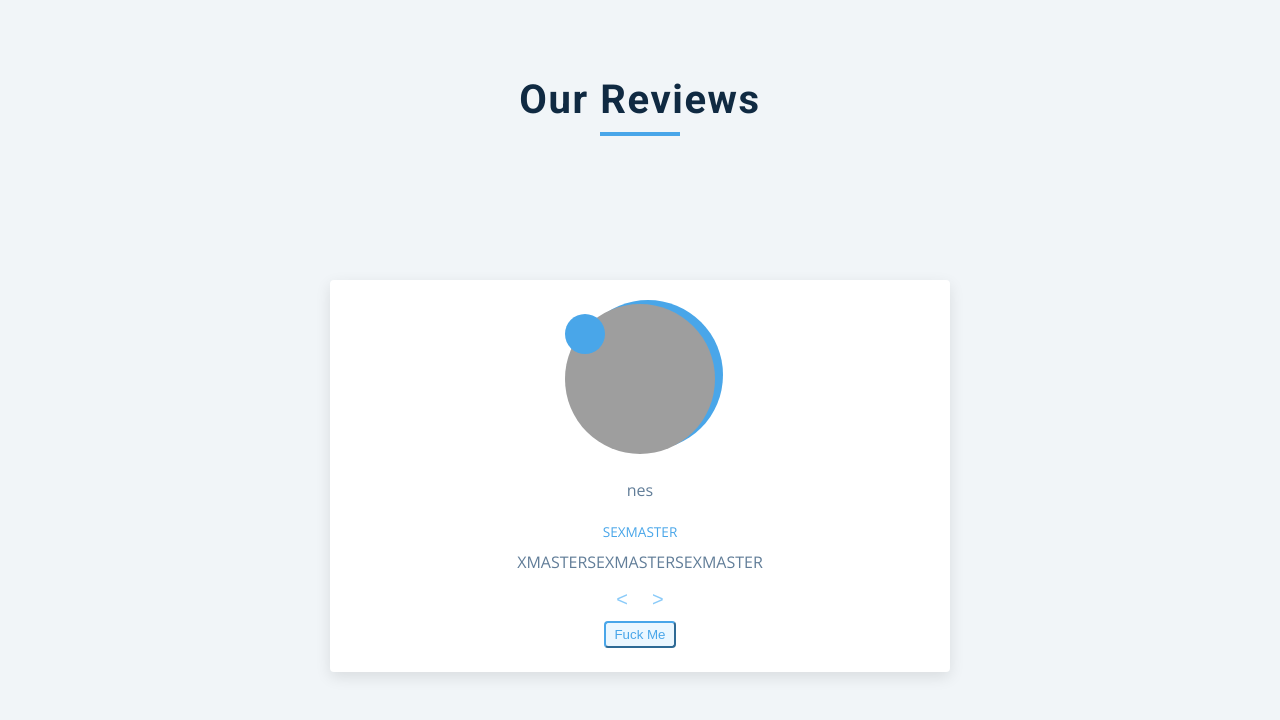
Repository: hseunghwan/practice-vanilla-javascript
Page: Carousel/Carousel.html
The author's editor kept a copy of each file at every save. The page is drawn from the files as they stood at one save, then again after the next save.
The browser window is 1280 px wide. The pictures show the whole page.
Pictures or frames that could not be fetched are drawn as grey boxes.

Above is the page before, as saved 2023-05-10 21:08:44.
Console error: TypeError: Cannot set properties of null (setting 'textContent')

After the next save:
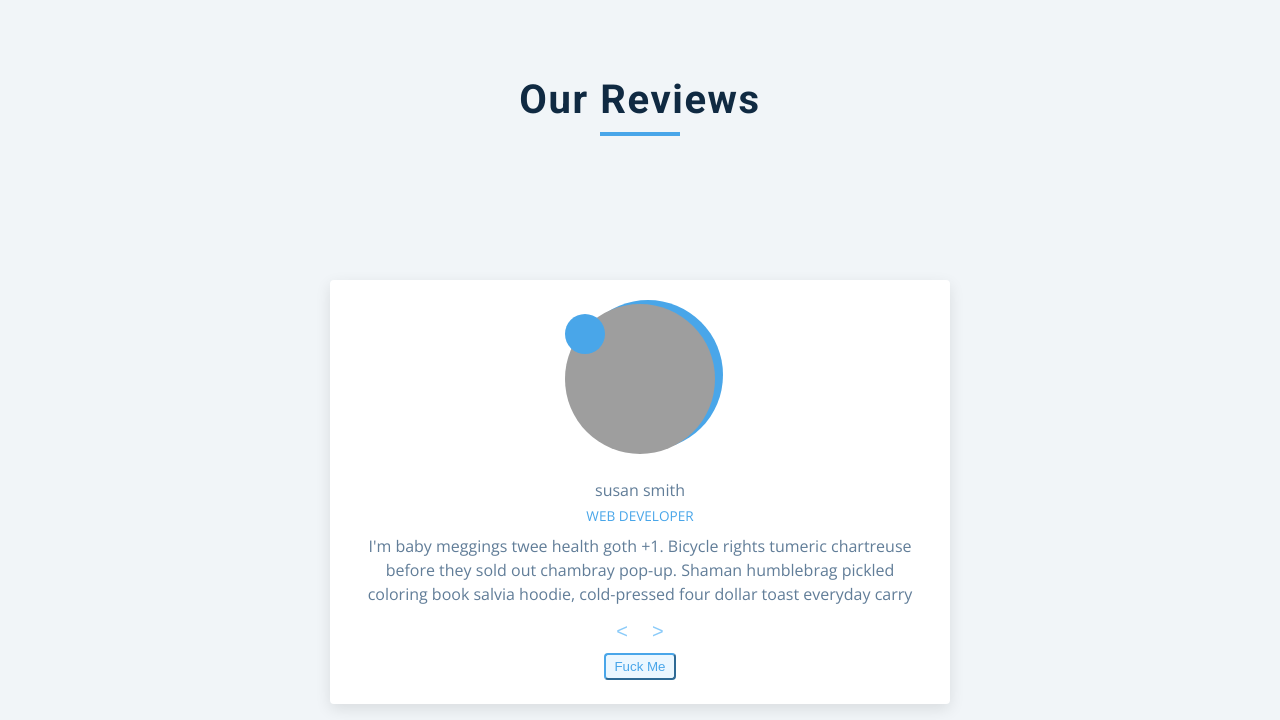
The error is gone.
Saved 17 s later.
--- a/Carousel/Carousel.html
+++ b/Carousel/Carousel.html
@@ -17,7 +17,7 @@
                     <div class="img-container">
                         <img src="person-1.jpeg" alt="" id="person-img" />
                     </div>
-                    <p id="auther">nes</p>
+                    <p id="author">nes</p>
                     <p id="job">SEXMASTER</p>
                     <p id="info">XMASTERSEXMASTERSEXMASTER</p>
                     <div>
